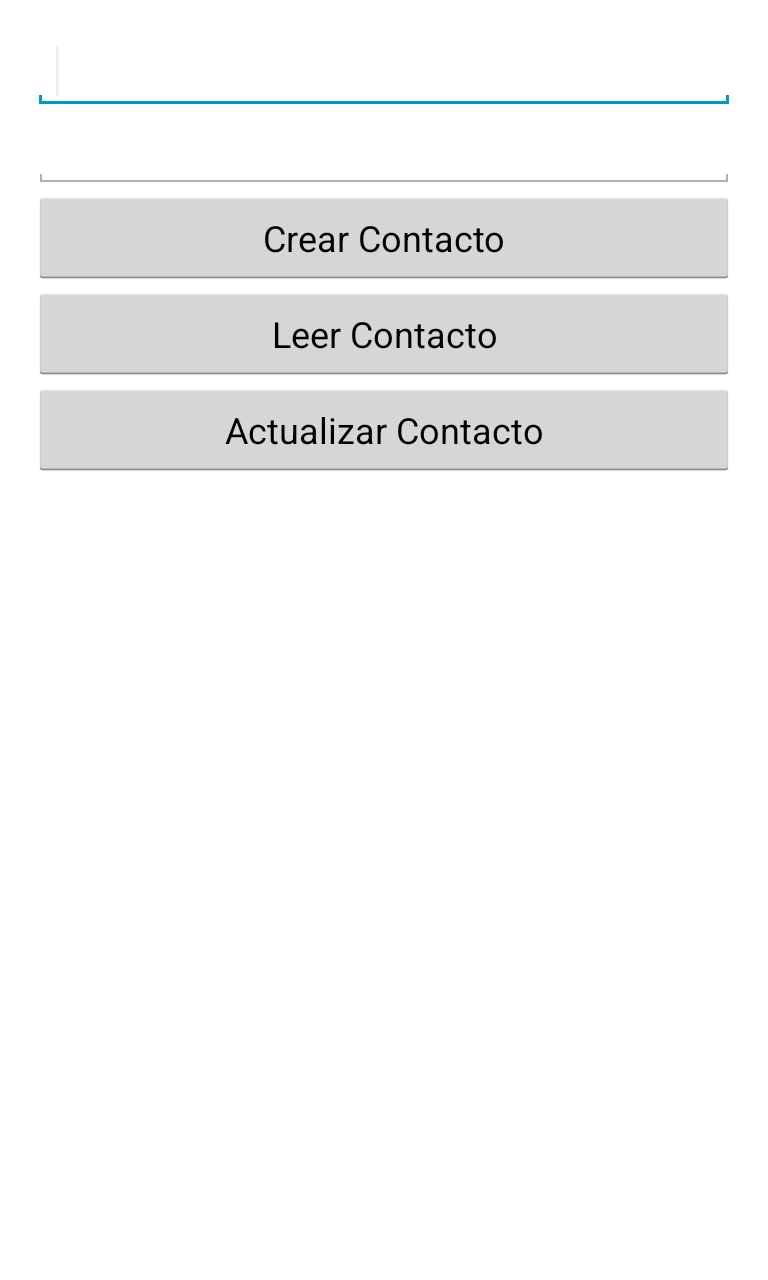
Repository: softwhisper/CiticAndroid-Migrated
Layout: And10.SQLiteA/res/layout/activity_main.xml
These files come from the project's save history. The layout is drawn as it stood at one moment and after the next save; the edit follows.
It is drawn on a 768 x 1280 px phone screen (xhdpi) without system bars, with theme AppTheme; the app's code is not run.

Above is the layout before, as saved 2014-10-30 12:07:38.

### And10.SQLiteA/res/layout/activity_main.xml
<LinearLayout xmlns:android="http://schemas.android.com/apk/res/android"
    xmlns:tools="http://schemas.android.com/tools"
    android:id="@+id/LinearLayout1"
    android:layout_width="match_parent"
    android:layout_height="match_parent"
    android:orientation="vertical"
    android:paddingBottom="@dimen/activity_vertical_margin"
    android:paddingLeft="@dimen/activity_horizontal_margin"
    android:paddingRight="@dimen/activity_horizontal_margin"
    android:paddingTop="@dimen/activity_vertical_margin"
    tools:context=".MainActivity" >

    <EditText
        android:id="@+id/txtNombre"
        android:layout_width="match_parent"
        android:layout_height="wrap_content"
        android:ems="10"
        android:inputType="textPersonName" >

        <requestFocus />
    </EditText>

    <EditText
        android:id="@+id/txtTelefono"
        android:layout_width="match_parent"
        android:layout_height="wrap_content"
        android:ems="10"
        android:inputType="phone" />

    <Button
        android:id="@+id/btnCrear"
        android:layout_width="match_parent"
        android:layout_height="wrap_content"
        android:text="@string/new_contact" />

    <Button
        android:id="@+id/btnLeer"
        android:layout_width="match_parent"
        android:layout_height="wrap_content"
        android:text="@string/read_contact" />

    <Button
        android:id="@+id/btnActualizar"
        android:layout_width="match_parent"
        android:layout_height="wrap_content"
        android:text="@string/update_contact" />

</LinearLayout>

### And10.SQLiteA/res/values/strings.xml
<?xml version="1.0" encoding="utf-8"?>
<resources>

    <string name="app_name">SQLiteA</string>
    <string name="action_settings">Settings</string>
    <string name="hello_world">Hello world!</string>
    <string name="new_contact">Crear Contacto</string>
    <string name="update_contact">Actualizar Contacto</string>
    <string name="read_contact">Leer Contacto</string>

</resources>

Loaded but not shown: And10.SQLiteA/res/values/styles.xml (common file); And10.SQLiteA/res/values-v11/styles.xml (common file); And10.SQLiteA/res/values-v14/styles.xml (common file); And10.SQLiteA/res/values/dimens.xml (common file)

After the next save:
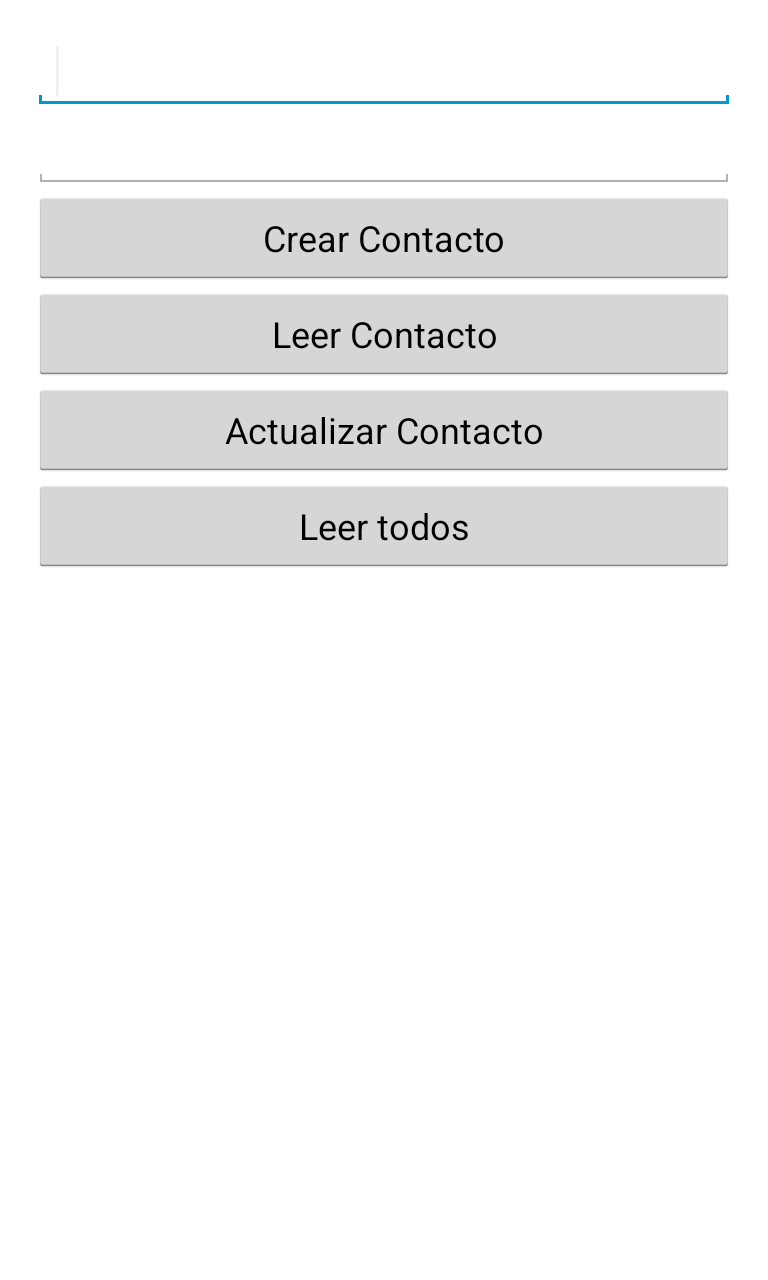
Saved 5 min 2 s later.
--- a/And10.SQLiteA/res/layout/activity_main.xml
+++ b/And10.SQLiteA/res/layout/activity_main.xml
@@ -45,4 +45,16 @@
         android:layout_height="wrap_content"
         android:text="@string/update_contact" />
 
+    <Button
+        android:id="@+id/btnLeerTodos"
+        android:layout_width="match_parent"
+        android:layout_height="wrap_content"
+        android:text="Leer todos" />
+
+    <TextView
+        android:id="@+id/textView1"
+        android:layout_width="match_parent"
+        android:layout_height="match_parent"
+        android:lines="10" />
+
 </LinearLayout>
